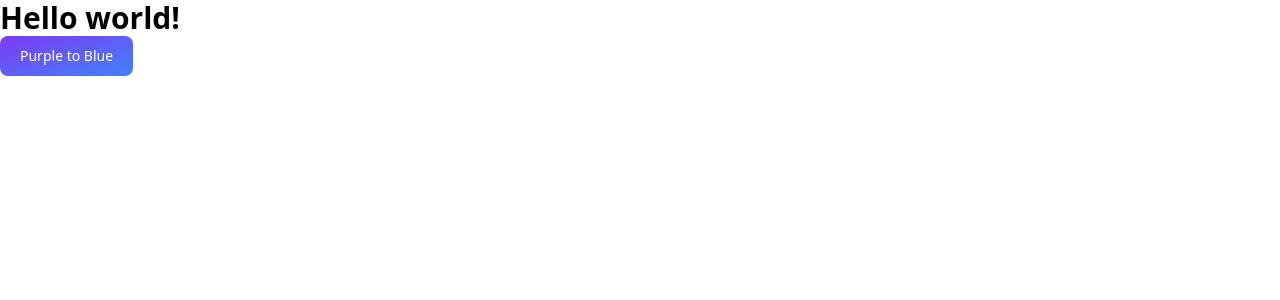
Repository: sodmaq/Todo-App
Page: /quote
These files come from the project's save history. The page is drawn as it stood at one moment and after the next save; the edit follows.
The browser window is 1280 px wide. The pictures show the whole page.
The project was rebuilt for these pictures with package versions that can differ from the ones it lists, and the page was loaded fresh each time. Also part of the build but not shown: vite.config.js, src/components/Header.jsx, src/components/TodoInput.jsx, src/components/TodoItem.jsx, src/components/TodoList.jsx, src/Todo.jsx.

Above is the page before, as saved 2024-09-04 12:01:22.

### src/App.jsx
import { BrowserRouter, Route, Routes } from "react-router-dom";
import Quote from "./components/Quote";
import Todo from "./Todo";

function App() {
  return (
    <BrowserRouter>
      <Routes>
        <Route path="/" element={<Todo />} />
        <Route path="quote" element={<Quote />} />
      </Routes>
    </BrowserRouter>
  );
}

export default App;

### src/components/Quote.jsx
function Quote() {
  return (
    <div>
      <h1 className="text-3xl font-bold">Hello world!</h1>
      <button
        type="button"
        className="text-white bg-gradient-to-br from-purple-600 to-blue-500 hover:bg-gradient-to-bl focus:ring-4 focus:outline-none focus:ring-blue-300 dark:focus:ring-blue-800 font-medium rounded-lg text-sm px-5 py-2.5 text-center me-2 mb-2"
      >
        Purple to Blue
      </button>
    </div>
  );
}

export default Quote;

### tailwind.config.js
import flowbite from "flowbite/plugin";

/** @type {import('tailwindcss').Config} */
export default {
  content: [
    "./index.html",
    "./src/**/*.{js,ts,jsx,tsx}",
    "./node_modules/flowbite/**/*.js",
  ],
  theme: {
    extend: {},
  },
  plugins: [flowbite],
};

Loaded but not shown: index.html (common file); src/main.jsx (common file); src/index.css (common file)

After the next save:
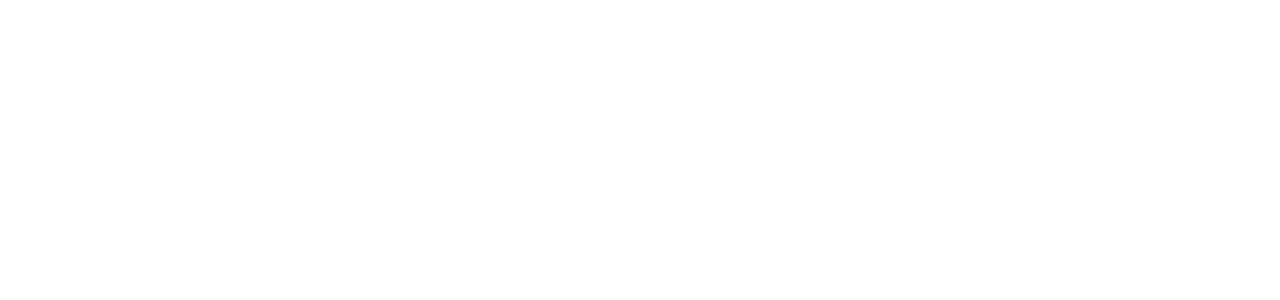
Console error: ReferenceError: useState is not defined
Saved 3 min 27 s later.
--- a/src/components/Quote.jsx
+++ b/src/components/Quote.jsx
@@ -1,4 +1,6 @@
 function Quote() {
+  const [quote, setQuote] = useState("");
+
   return (
     <div>
       <h1 className="text-3xl font-bold">Hello world!</h1>

After the save that followed:
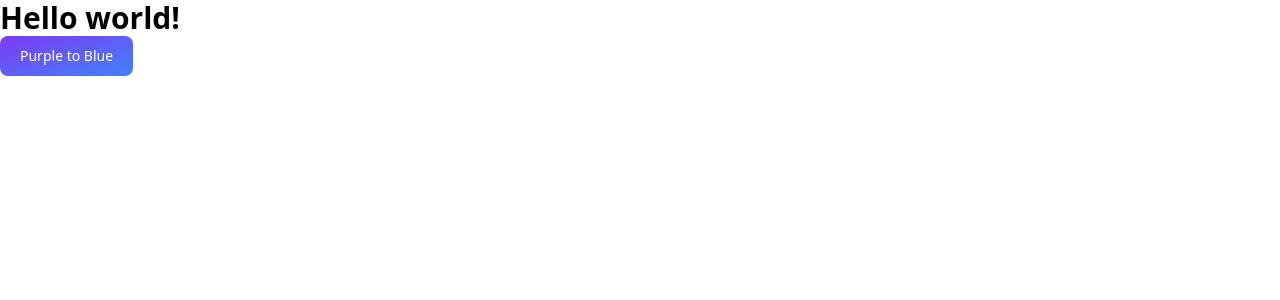
The error is gone.
Saved 33 s later.
--- a/src/components/Quote.jsx
+++ b/src/components/Quote.jsx
@@ -1,5 +1,5 @@
 function Quote() {
-  const [quote, setQuote] = useState("");
+  // const [quote, setQuote] = useState("");
 
   return (
     <div>
